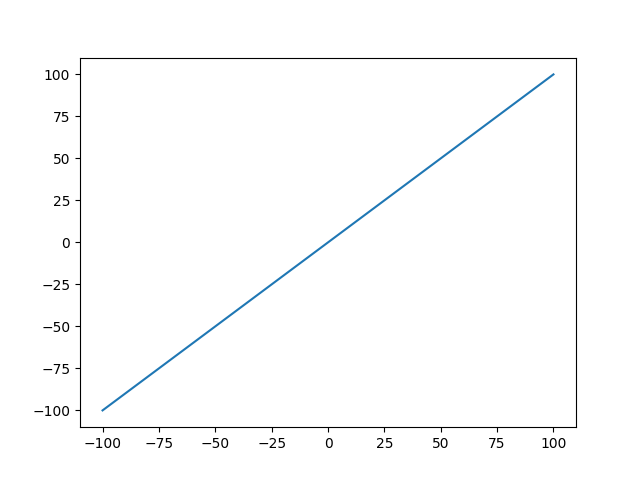
Repository: nelsonalexandrino/python_matplotlib_datavisualization_
Script's output: python ChangingAxisScales.py
An editor plug-in stored every save of this project. The script's output is shown before and after the next save, followed by the edit.
Each picture stacks the figures in order, with grey between them; figures that are only written to a file come last. Random numbers start from a fixed seed.

Above is the script's output before, as saved 2019-08-25 13:23:14.

After the next save:
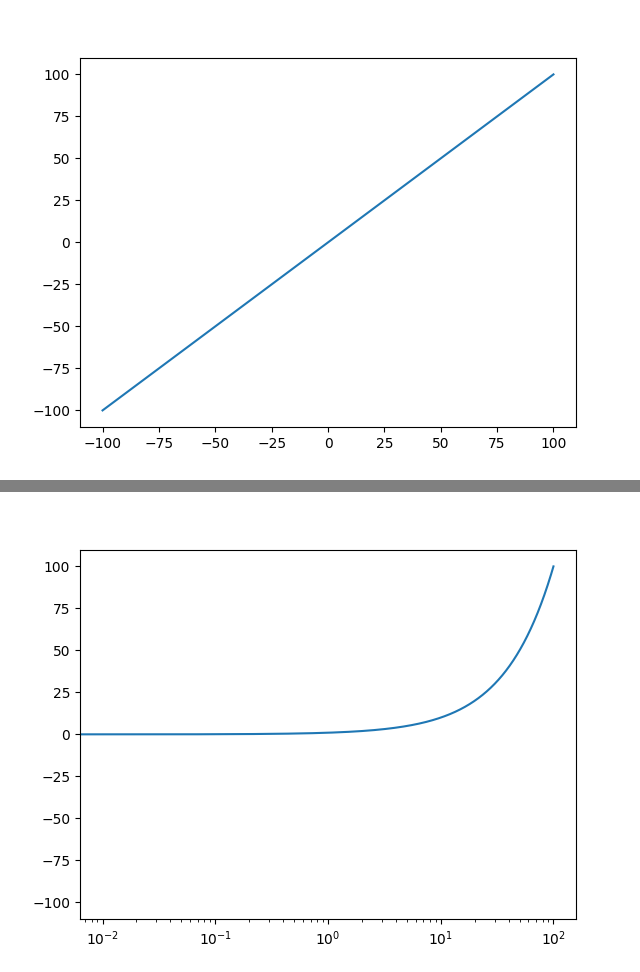
Saved 23 s later.
--- a/ChangingAxisScales.py
+++ b/ChangingAxisScales.py
@@ -11,3 +11,9 @@ pyplot.plot(x, y)
 pyplot.xscale('linear')
 pyplot.yscale('linear')
 pyplot.show()
+
+
+pyplot.plot(x, y)
+pyplot.xscale('log')
+# pyplot.yscale('linear')
+pyplot.show()
